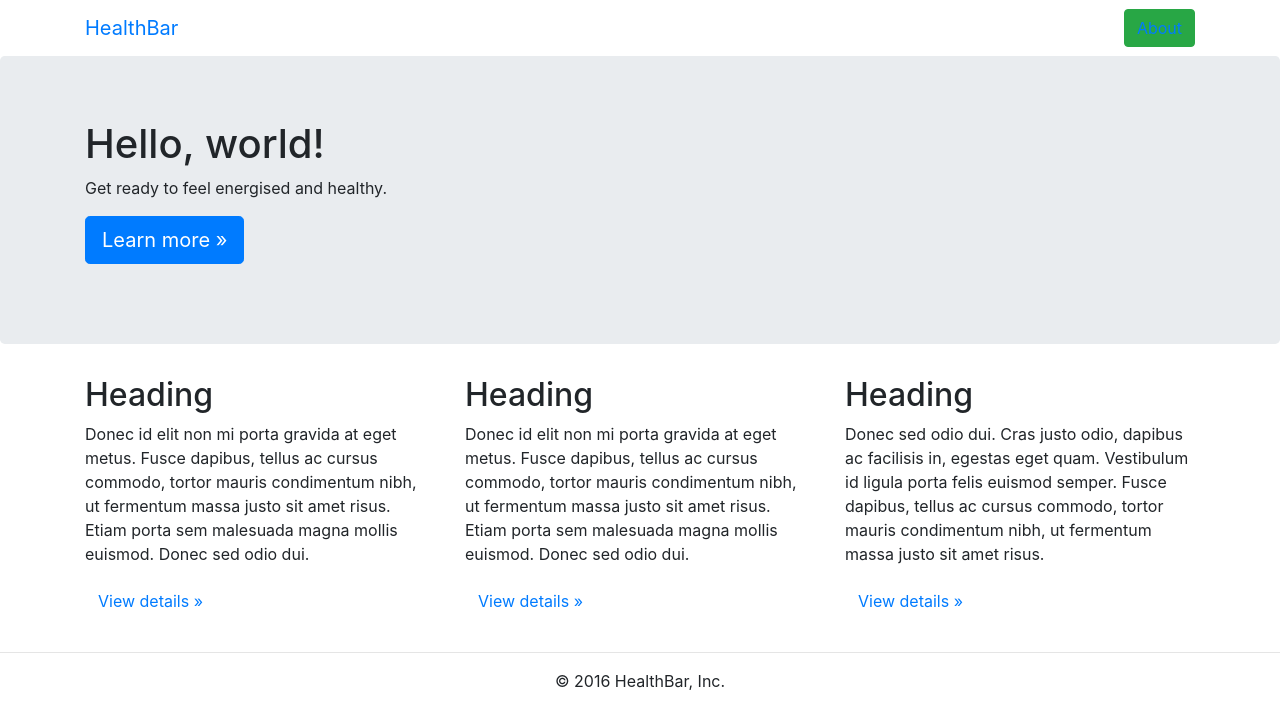
Repository: AdaLover/demoExpressApp
Page: http://localhost/
An editor plug-in stored every save of this project. The page is shown before and after the next save, followed by the edit.
The browser window is 1280 px wide. The pictures show the whole page.
The page is served by the project's Node server (app.js).

Above is the page before, as saved 2018-01-29 18:28:19.

After the next save:
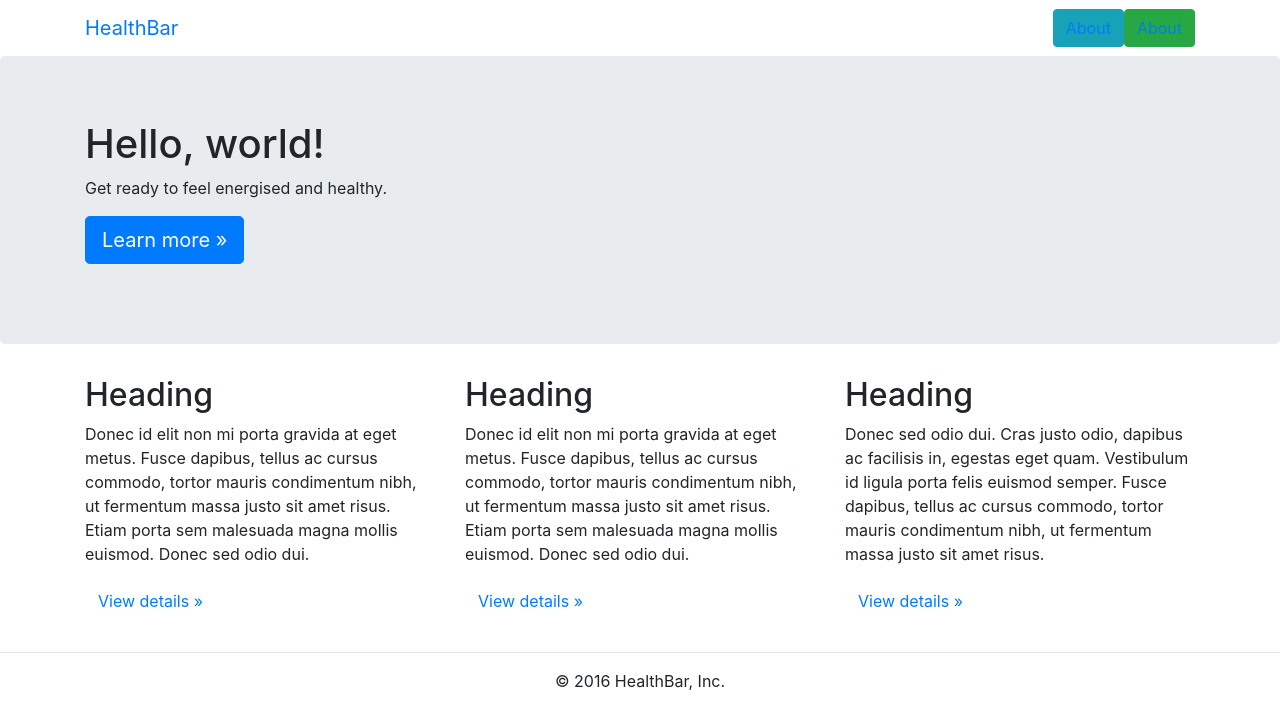
Saved 31 s later.
--- a/views/layout.pug
+++ b/views/layout.pug
@@ -9,6 +9,8 @@ html(lang="en")
         .navbar-header
           a.navbar-brand(href="/") HealthBar
         #navbar
+            button.btn.btn-info()
+             a(href="about") About
             button.btn.btn-success()
              a(href="about") About
     block content
